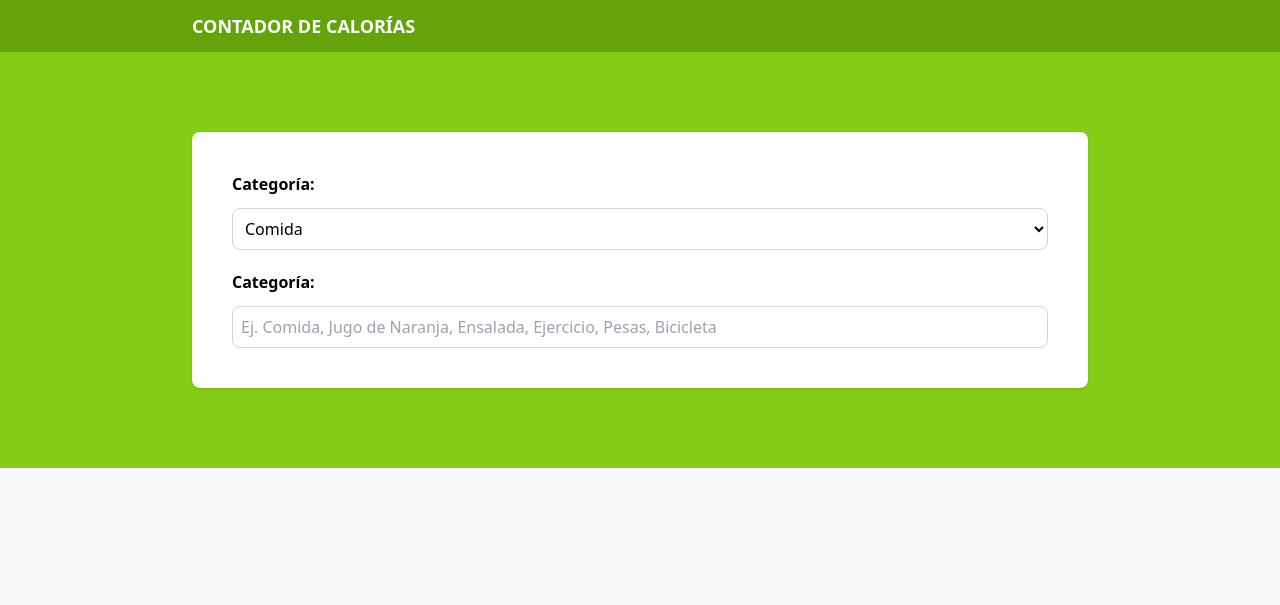
Repository: Samuel-Leal96/contador-calorias-react
Page: /
An editor plug-in stored every save of this project. The page is shown before and after the next save, followed by the edit.
The browser window is 1280 px wide. The pictures show the whole page.
The project was rebuilt for these pictures with package versions that can differ from the ones it lists, and the page was loaded fresh each time. Also part of the build but not shown: vite.config.ts.

Above is the page before, as saved 2025-10-25 15:59:00.

### index.html
<!doctype html>
<html lang="en">
  <head>
    <meta charset="UTF-8" />
    <link rel="icon" type="image/svg+xml" href="/vite.svg" />
    <meta name="viewport" content="width=device-width, initial-scale=1.0" />
    <title>Contador de calorias - React y typescript</title>
  </head>
  <body class="bg-gray-50">
    <div id="root"></div>
    <script type="module" src="/src/main.tsx"></script>
  </body>
</html>

### src/App.tsx
import Form from "./components/Form"


function App() {

  return (
    <>
      <header className="bg-lime-600 py-3">
        <div className="max-w-4xl mx-auto flex justify-between">
          <h1 className="text-center text-lg font-bold text-white uppercase">
            Contador de calorías
          </h1>
        </div>
      </header>


      <section className="bg-lime-500 py-20 px-5">
        <div className="max-w-4xl mx-auto">
          <Form/>
        </div>
      </section>
    </>
  )
}

export default App

### src/components/Form.tsx
import { categories } from "../data/categories"

export default function
  () {
  return (
    <div>
      <form
        className="space-y-5 bg-white shadow p-10 rounded-lg"
      >
        <div className="grid grid-cols-1 gap-3" >

          <label htmlFor="category" className="font-bold">Categoría:</label>

          <select
            className="border border-slate-300 p-2 rounded-lg w-full bg-white"
            id="category"
          >
            {categories.map(category => (
              <option
                key={category.id}
                value={category.id}
              >
                {category.name}
              </option>
            ))}
          </select>

        </div>

        <div className="grid grid-cols-1 gap-3" >
          <label htmlFor="activity" className="font-bold">Categoría:</label>

          <input
            id="activity"
            type="text"
            className="border border-slate-300 p-2 rounded-lg"
            placeholder="Ej. Comida, Jugo de Naranja, Ensalada, Ejercicio, Pesas, Bicicleta"
          >
          </input>

        </div>


      </form>
    </div>
  )
}

### src/data/categories.tsx
import type { Category } from "../types"

export const categories : Category[] = [
    { id: 1, name: 'Comida' },
    { id: 2, name: 'Ejercicio' }
]

Loaded but not shown: src/main.tsx (common file); src/index.css (common file); tailwind.config.js (common file)

After the next save:
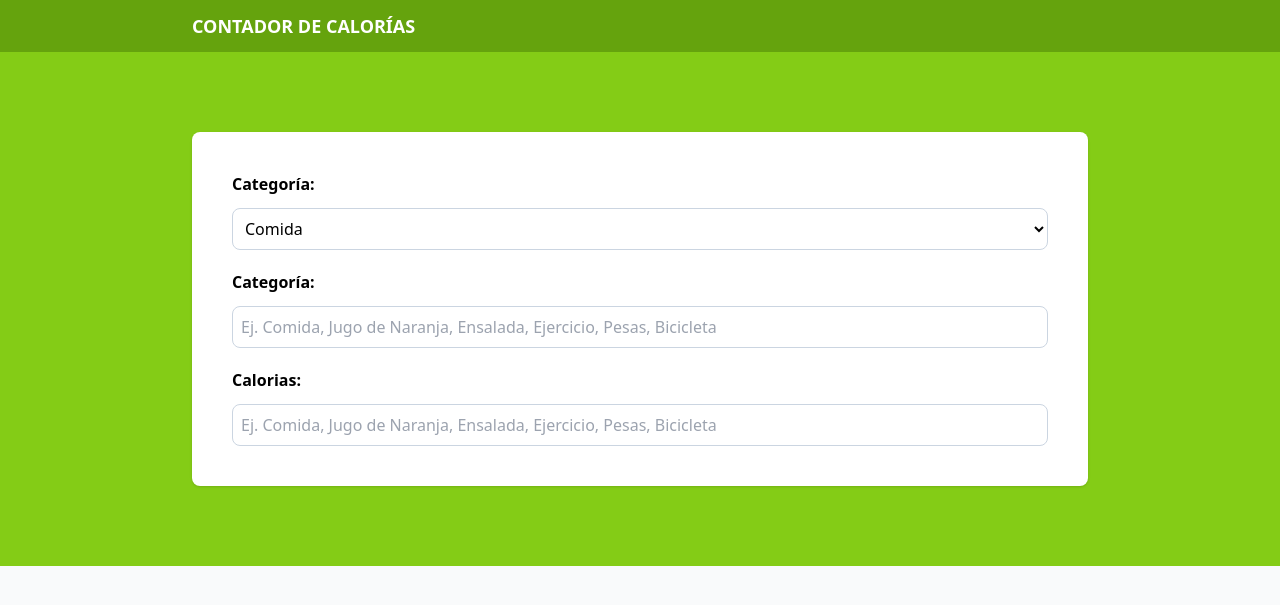
Saved 63 s later.
--- a/src/components/Form.tsx
+++ b/src/components/Form.tsx
@@ -40,6 +40,19 @@ export default function
 
         </div>
 
+        <div className="grid grid-cols-1 gap-3" >
+          <label htmlFor="calories" className="font-bold">Calorias:</label>
+
+          <input
+            id="calories"
+            type="text"
+            className="border border-slate-300 p-2 rounded-lg"
+            placeholder="Ej. Comida, Jugo de Naranja, Ensalada, Ejercicio, Pesas, Bicicleta"
+          >
+          </input>
+
+        </div>
+
 
       </form>
     </div>
